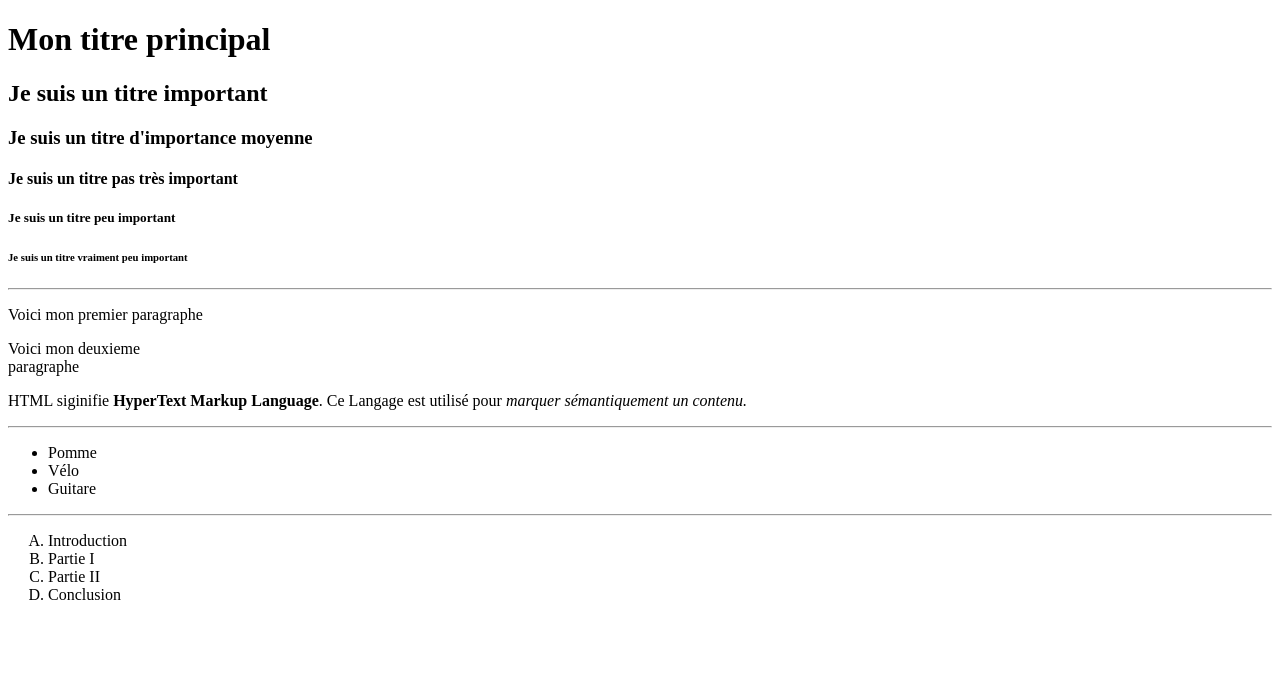
Repository: serviceshuios/-git-reference-java-lyon-worspace
Page: workspaceWeb/MaPremierePage/WebContent/elementsHTML.html
The author's editor kept a copy of each file at every save. The page is drawn from the files as they stood at one save, then again after the next save.
The browser window is 1280 px wide. The pictures show the whole page.

Above is the page before, as saved 2017-04-03 10:15:35.

### workspaceWeb/MaPremierePage/WebContent/elementsHTML.html
<!DOCTYPE html>
<html>
	<head>
		<meta charset="UTF-8">
		<!-- titre de la page web -->
		<title>Les éléments HTML</title>
	</head>
	<!-- contenu du site -->
<body>
   <!-- titre de mon livre -->
	<h1>Mon titre principal</h1>
	<!-- chapitres et sous chapitres de mon livre -->
	<h2>Je suis un titre important</h2>
	<h3>Je suis un titre d'importance moyenne</h3>
	<h4>Je suis un titre pas très important</h4>
	<h5>Je suis un titre peu important</h5>
	<h6>Je suis un titre vraiment peu important</h6>
	<!-- faire un trait de séparation -->
	<hr/>
	<!-- paragraphes de mon livre -->
	<p>Voici mon premier paragraphe</p>
	<!-- aller à la ligne dans un paragraphe -->
	<p>Voici mon deuxieme <br/> paragraphe</p>

	<!-- comment indiquer qu'un texte est très important -->
	<p>
	HTML siginifie <strong>HyperText Markup Language</strong>. Ce
	Langage est utilisé pour <em>marquer sémantiquement un contenu.</em>
	</p>
	<hr/>
	<!-- Listes non ordonnées -->
	<ul>
		<li>Pomme</li>
		<li>Vélo</li>
		<li>Guitare</li>
	</ul>
	<!-- Listes ordonnées -->
	<hr/>
	<ol type="A">
		<li>Introduction</li>
		<li>Partie I</li>
		<li>Partie II</li>
		<li>Conclusion</li>
	</ol>
</body>
</html>

After the next save:
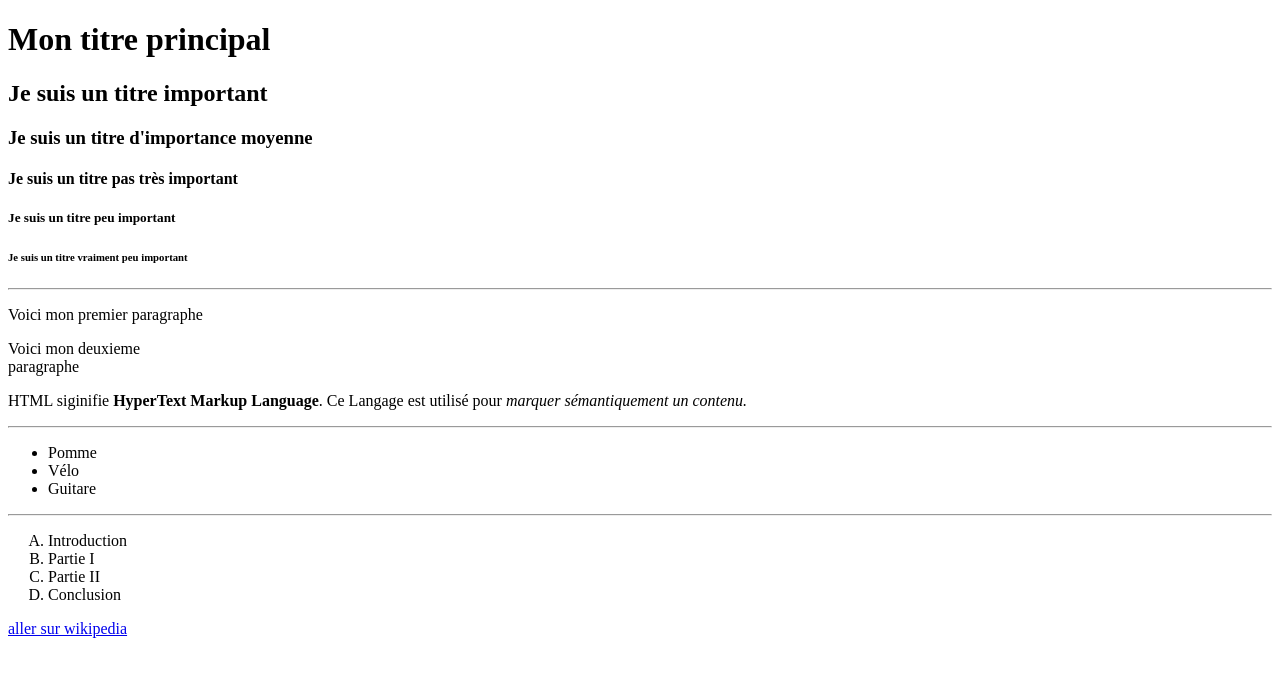
Saved 4 min 42 s later.
--- a/workspaceWeb/MaPremierePage/WebContent/elementsHTML.html
+++ b/workspaceWeb/MaPremierePage/WebContent/elementsHTML.html
@@ -42,5 +42,7 @@
 		<li>Partie II</li>
 		<li>Conclusion</li>
 	</ol>
+	<!-- lien externe -->
+	<a href="https://fr.wikipedia.org/">aller sur wikipedia</a>
 </body>
 </html>
